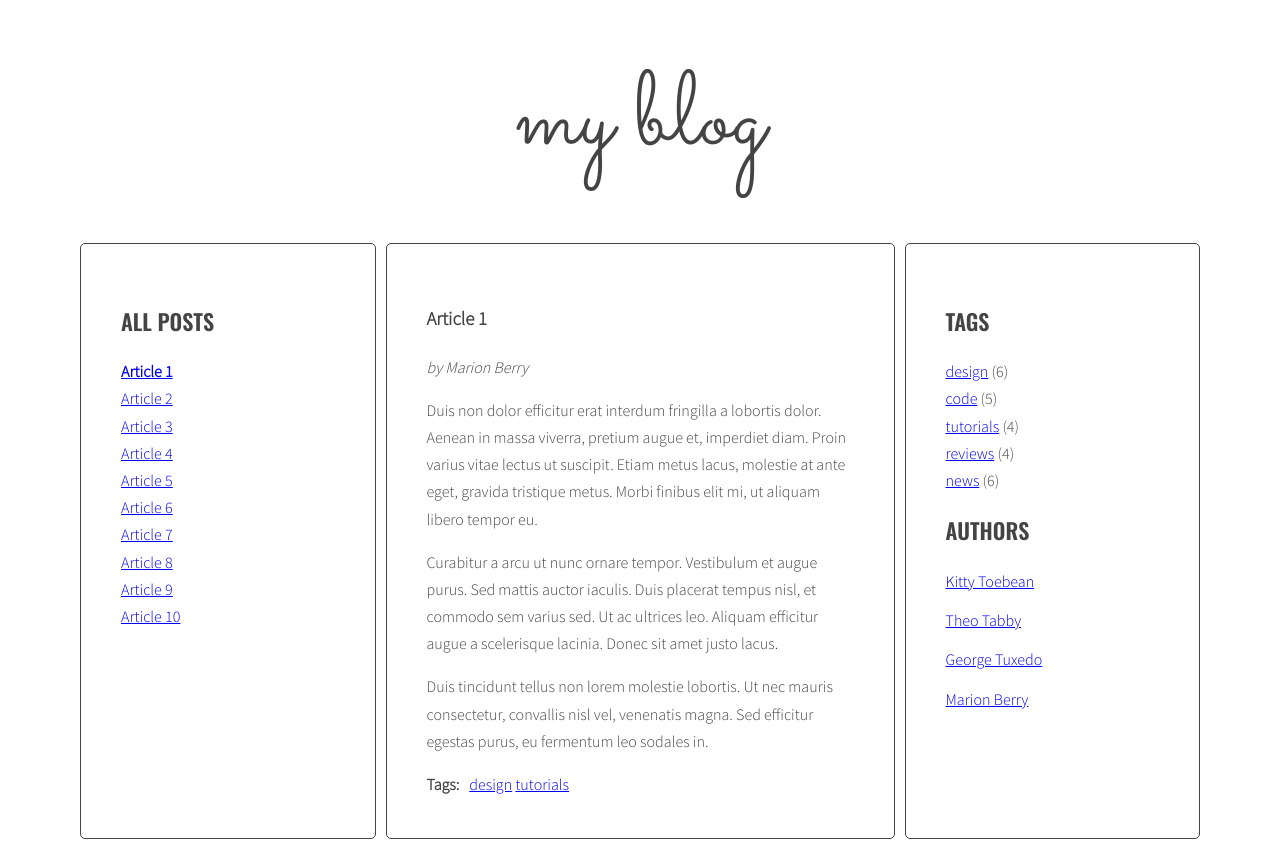
Repository: ulasup/javascript-blog
Page: index.html
The author's editor kept a copy of each file at every save. The page is drawn from the files as they stood at one save, then again after the next save.
The browser window is 1280 px wide. The pictures show the whole page.
The style sheet was rebuilt from its Sass, Less or Tailwind sources for each picture, by a compiler version that may differ from the author's.

Above is the page before, as saved 2020-12-12 20:26:41.

### index.html
<!DOCTYPE html>
<html  lang="en">
    <head>
        <meta charset="UTF-8">
        <title>Film blog</title>
        <link rel="stylesheet" href="css/style.css">
    </head>
    <body>
        <div class="blog">
            <div class="container">
              <h1 class="logo">my blog</h1>
              <main class="wrapper">
                <aside class="sidebar">
                  <h2 class="section-title">All posts</h2>
                  <ul class="list titles">
                    <li><a href="#article-1" class="active"><span>Article 1</span></a></li>
                    <li><a href="#article-2"><span>Article 2</span></a></li>
                    <li><a href="#article-3"><span>Article 3</span></a></li>
                    <li><a href="#article-4"><span>Article 4</span></a></li>
                    <li><a href="#article-5"><span>Article 5</span></a></li>
                    <li><a href="#article-6"><span>Article 6</span></a></li>
                    <li><a href="#article-7"><span>Article 7</span></a></li>
                    <li><a href="#article-8"><span>Article 8</span></a></li>
                    <li><a href="#article-9"><span>Article 9</span></a></li>
                    <li><a href="#article-10"><span>Article 10</span></a></li>
                  </ul>
                </aside>
                <section class="posts">
                  <article class="post active" id="article-1">
                    <h3 class="post-title">Article 1</h3>
                    <p class="post-author">by Marion Berry</p>
                    <div class="post-content">
                      <p>Duis non dolor efficitur erat interdum fringilla a lobortis dolor. Aenean in massa viverra, pretium augue et, imperdiet diam. Proin varius vitae lectus ut suscipit. Etiam metus lacus, molestie at ante eget, gravida tristique metus. Morbi finibus elit mi, ut aliquam libero tempor eu.</p>

                      <p>Curabitur a arcu ut nunc ornare tempor. Vestibulum et augue purus. Sed mattis auctor iaculis. Duis placerat tempus nisl, et commodo sem varius sed. Ut ac ultrices leo. Aliquam efficitur augue a scelerisque lacinia. Donec sit amet justo lacus.</p>

                      <p>Duis tincidunt tellus non lorem molestie lobortis. Ut nec mauris consectetur, convallis nisl vel, venenatis magna. Sed efficitur egestas purus, eu fermentum leo sodales in.</p>
                    </div>
                    <div class="post-tags">
                      <p><strong>Tags:</strong></p>
                      <ul class="list list-horizontal">
                        <li><a href="#">design</a></li>
                        <li><a href="#">tutorials</a></li>
                      </ul>
                    </div>
                  </article>
                  <article class="post" id="article-2">
                    <h3 class="post-title">Article 2</h3>
                    <p class="post-author">by Theo Tabby</p>
                    <div class="post-content">
                      <p>Phasellus sollicitudin, arcu vel iaculis ullamcorper, quam leo viverra orci, et faucibus quam sapien vel est. Maecenas ac suscipit elit. Nullam interdum, lorem vitae venenatis pulvinar, ex dui malesuada nunc, tempus cursus enim metus vel nulla.</p>

                      <p>Integer hendrerit, eros id efficitur dapibus, ante arcu ullamcorper orci, a iaculis felis turpis at purus. Quisque sodales posuere sapien vel consectetur. Duis dui urna, commodo non ante nec, mattis dictum enim. Donec aliquam erat sed diam lobortis, vel gravida lacus laoreet. Phasellus pretium maximus mi, eu posuere justo suscipit vel.</p>

                      <p>Nam magna nisl, varius in malesuada vitae, facilisis vel metus. Proin rhoncus euismod leo dictum lobortis. Suspendisse non ante sapien.</p>
                    </div>
                    <div class="post-tags">
                      <p><strong>Tags:</strong></p>
                      <ul class="list list-horizontal">
                        <li><a href="#">news</a></li>
                        <li><a href="#">code</a></li>
                      </ul>
                    </div>
                  </article>
                  <article class="post" id="article-3">
                    <h3 class="post-title">Article 3</h3>
                    <p class="post-author">by George Tuxedo</p>
                    <div class="post-content">
                      <p>Mauris vel pellentesque turpis, ac sodales nisl. Quisque iaculis mi velit, ut convallis tellus accumsan a. Quisque iaculis, nisi et dignissim tincidunt, nisl eros euismod nulla, finibus laoreet erat enim posuere elit.</p>

                      <p>Aenean at semper urna. Duis vel sapien molestie, egestas diam consequat, molestie nulla. Praesent a malesuada metus. Praesent et tempus leo.</p>
                      <p>Mauris in eleifend neque, vitae eleifend velit. Maecenas purus est, bibendum eget imperdiet id, dictum sed ante. Aenean a magna et eros sagittis aliquet.</p>
                    </div>
                    <div class="post-tags">
                      <p><strong>Tags:</strong></p>
                      <ul class="list list-horizontal">
                        <li><a href="#">news</a></li>
                        <li><a href="#">reviews</a></li>
                        <li><a href="#">design</a></li>
                      </ul>
                    </div>
                  </article>
                  <article class="post" id="article-4">
                    <h3 class="post-title">Article 4</h3>
                    <p class="post-author">by Kitty Toebean</p>
                    <div class="post-content">
                      <p>Morbi vel cursus nulla, vel varius mauris. Suspendisse sed elit sit amet risus faucibus vestibulum ut sit amet purus. Donec orci est, condimentum ut quam quis, scelerisque fringilla ligula.</p>

                      <p>Quisque bibendum nisl id quam sagittis, id pretium dolor scelerisque. Suspendisse non odio nec velit dapibus placerat non a libero.</p>

                      <p>Vivamus at tristique ex, feugiat sagittis ex. Cras cursus, ipsum et efficitur commodo, urna sapien rutrum magna, quis sodales justo ligula eget nunc. In hac habitasse platea dictumst.</p>
                    </div>
                    <div class="post-tags">
                      <p><strong>Tags:</strong></p>
                      <ul class="list list-horizontal">
                        <li><a href="#">tutorials</a></li>
                        <li><a href="#">code</a></li>
                        <li><a href="#">design</a></li>
                      </ul>
                    </div>
                  </article>
                  <article class="post" id="article-5">
                    <h3 class="post-title">Article 5</h3>
                    <p class="post-author">by Marion Berry</p>
                    <div class="post-content">
                      <p>Suspendisse sem eros, euismod condimentum arcu ac, consequat fermentum orci. Nam convallis lacus nec interdum vestibulum. Vestibulum luctus, quam eu tristique ornare, lorem nibh sodales enim, vitae tempor dolor ante vitae tortor.</p>

                      <p>Duis venenatis metus quis luctus lobortis. In porttitor ipsum eget ligula aliquam ornare. Cras malesuada urna id volutpat sodales.</p>

                      <p>Donec lobortis ultricies turpis, eu viverra magna gravida quis. Fusce sit amet pretium nulla. Duis rutrum metus vel libero sodales, pellentesque varius ex pulvinar.</p>
                    </div>
                    <div class="post-tags">
                      <p><strong>Tags:</strong></p>
                      <ul class="list list-horizontal">
                        <li><a href="#">design</a></li>
                        <li><a href="#">reviews</a></li>
                      </ul>
                    </div>
                  </article>
                  <article class="post" id="article-6">
                    <h3 class="post-title">Article 6</h3>
                    <p class="post-author">by George Tuxedo</p>
                    <div class="post-content">
                      <p>Donec posuere iaculis ante sed hendrerit. Lorem ipsum dolor sit amet, consectetur adipiscing elit. Quisque hendrerit neque nec urna tincidunt, quis vehicula dui vulputate. Morbi est sapien, auctor ut lectus eu, placerat viverra lorem.</p>

                      <p>Cras consectetur at erat id accumsan. Suspendisse lacinia in nulla quis vulputate. Nunc vitae consectetur augue. Nam ut vehicula mi. Aliquam tristique, purus in hendrerit porta, elit lectus finibus mi, vel malesuada nisl lectus a libero.</p>

                      <p>Nam quis efficitur ante. Sed eget purus quis ex commodo porta eu sit amet dolor. Mauris tellus nisl, dictum nec est vitae, condimentum ornare ante. Fusce ornare hendrerit maximus. In maximus rhoncus justo.</p>
                    </div>
                    <div class="post-tags">
                      <p><strong>Tags:</strong></p>
                      <ul class="list list-horizontal">
                        <li><a href="#">reviews</a></li>
                        <li><a href="#">code</a></li>
                      </ul>
                    </div>
                  </article>
                  <article class="post" id="article-7">
                    <h3 class="post-title">Article 7</h3>
                    <p class="post-author">by Kitty Toebean</p>
                    <div class="post-content">
                      <p>Donec eleifend mauris ac nisl fermentum, ac fermentum turpis dignissim. Aliquam diam nisl, imperdiet a varius eget, lobortis sed nisi. Nullam suscipit ipsum sed magna blandit, sed pellentesque urna malesuada.</p>

                      <p>Duis vestibulum arcu et lectus viverra porta. Praesent tempor lacus eget quam mattis, sit amet venenatis diam ultrices. Morbi gravida sapien quis ligula tincidunt, vel sagittis erat ultrices.</p>

                      <p>Ut orci tellus, laoreet ac diam ut, tempus bibendum nisi. Nam egestas sagittis nibh. Curabitur tristique dui quis egestas pretium. Duis eu felis orci.</p>
                    </div>
                    <div class="post-tags">
                      <p><strong>Tags:</strong></p>
                      <ul class="list list-horizontal">
                        <li><a href="#">code</a></li>
                        <li><a href="#">news</a></li>
                      </ul>
                    </div>
                  </article>
                  <article class="post" id="article-8">
                    <h3 class="post-title">Article 8</h3>
                    <p class="post-author">by Theo Tabby</p>
                    <div class="post-content">
                      <p>Praesent quis imperdiet erat. Curabitur tempor sapien a interdum malesuada. Proin libero erat, sagittis a sollicitudin eget, pulvinar nec risus. Cras et suscipit sem.</p>

                      <p>Maecenas consequat diam nec sollicitudin congue. Aenean porttitor porttitor quam, condimentum interdum metus congue sed. Donec at nulla ipsum.</p>

                      <p>Mauris non congue dui. Aenean ac eros vitae massa vulputate aliquet ut ac elit. Morbi iaculis auctor nunc aliquet luctus. Nunc tincidunt sem dui, quis interdum leo pellentesque eget. Fusce id leo varius, imperdiet nunc vitae, tristique mi. Mauris quis interdum justo. Mauris auctor purus eu leo faucibus feugiat. Nulla at odio vitae leo semper blandit.</p>
                    </div>
                    <div class="post-tags">
                      <p><strong>Tags:</strong></p>
                      <ul class="list list-horizontal">
                        <li><a href="#">news</a></li>
                        <li><a href="#">design</a></li>
                        <li><a href="#">tutorials</a></li>
                      </ul>
                    </div>
                  </article>
                  <article class="post" id="article-9">
                    <h3 class="post-title">Article 9</h3>
                    <p class="post-author">by Marion Berry</p>
                    <div class="post-content">
                      <p>Tam et facilisis purus. Donec vulputate est quis lobortis posuere. Nunc vitae lorem ut odio faucibus pulvinar nec in justo. Ut ut ante ac tellus ornare tempus. Nunc maximus, tortor et dictum convallis, nunc libero posuere leo, scelerisque ultrices arcu sapien ut tellus.</p>

                      <p>Fusce lacinia augue massa, non tincidunt tortor auctor quis. Vestibulum ut pretium nisl. Etiam id tellus tempus, commodo ligula vehicula, porta magna.</p>

                      <p>Donec fringilla blandit dolor vel aliquet. Fusce tortor sapien, lobortis eu vehicula sit amet, dignissim et lectus. In ullamcorper metus vel massa fermentum, at fermentum dui sollicitudin. Nullam lacinia elit vel tortor ullamcorper pulvinar.</p>
                    </div>
                    <div class="post-tags">
                      <p><strong>Tags:</strong></p>
                      <ul class="list list-horizontal">
                        <li><a href="#">news</a></li>
                        <li><a href="#">tutorials</a></li>
                      </ul>
                    </div>
                  </article>
                  <article class="post" id="article-10">
                    <h3 class="post-title">Article 10</h3>
                    <p class="post-author">by George Tuxedo</p>
                    <div class="post-content">
                      <p>Aliquam erat volutpat. Ut non eleifend lectus. Donec suscipit tellus tempor, ornare dui id, hendrerit neque. Phasellus lacinia laoreet dui in luctus. Sed hendrerit, magna sit amet varius tempor, augue augue scelerisque est, non scelerisque mauris libero eu sapien.</p>

                      <p>Sed at sapien in quam sollicitudin aliquam. In interdum metus a mi porttitor luctus. Sed commodo, arcu id lacinia posuere, felis elit pharetra urna, at feugiat est orci sit amet libero. Quisque in nisl est. Nullam vehicula at lectus non luctus. Cras aliquam neque magna, at varius nisi egestas ut.</p>

                      <p>Rhoncus purus nulla, non auctor lacus placerat ut. Aliquam condimentum eget magna ac gravida. Etiam egestas faucibus urna et finibus. Cras vel tellus vel magna suscipit euismod. Maecenas id arcu ante. Duis iaculis scelerisque erat, at ullamcorper arcu consectetur eu. Fusce aliquam diam at arcu pharetra, vel fermentum nunc lobortis.</p>
                    </div>
                    <div class="post-tags">
                      <p><strong>Tags:</strong></p>
                      <ul class="list list-horizontal">
                        <li><a href="#">code</a></li>
                        <li><a href="#">design</a></li>
                        <li><a href="#">news</a></li>
                        <li><a href="#">reviews</a></li>
                      </ul>
                    </div>
                  </article>
                </section>
                <aside class="sidebar">
                  <h2 class="section-title">Tags</h2>
                  <ul class="list tags">
                    <li><a href="#">design</a> <span>(6)</span></li>
                    <li><a href="#">code</a> <span>(5)</span></li>
                    <li><a href="#">tutorials</a> <span>(4)</span></li>
                    <li><a href="#">reviews</a> <span>(4)</span></li>
                    <li><a href="#">news</a> <span>(6)</span></li>
                  </ul>
                  <h2 class="section-title">Authors</h2>
                  <ul class="list authors">
                    <li>
                      <a href="#">
                        <span class="author-name">Kitty Toebean</span>
                      </a>
                    </li>
                    <li>
                      <a href="#">
                        <span class="author-name">Theo Tabby</span>
                      </a>
                    </li>
                    <li>
                      <a href="#">
                        <span class="author-name">George Tuxedo</span>
                      </a>
                    </li>
                    <li>
                      <a href="#">
                        <span class="author-name">Marion Berry</span>
                      </a>
                    </li>
                  </ul>
                </aside>
              </main>
            </div>
          </div>
    <script src="js/script.js"></script>
    </body>
</html>

### sass/style.scss
@import url('https://fonts.googleapis.com/css?family=Oswald:400,600|Sacramento|Source+Sans+Pro:300&subset=latin-ext');

/* Variables */

$color-light: #fff;
$color-dark: #444;

$font-logo: 'Sacramento', cursive;
$font-header: 'Oswald', sans-serif;
$font-text: 'Source Sans Pro', sans-serif;

/* Global */

*, *::before, *::after {
  box-sizing: border-box;
}

body {
  background: $color-light;
  font-family: $font-text;
  color: $color-dark;
  font-weight: 300;
  font-size: 16px;
  line-height: 1.7;
}

.container {
  max-width: 1140px;
  margin: 0 auto;
}

.section-title {
  font-size: 22px;
  text-transform: uppercase;
  font-family: $font-header;
  font-weight: 600;
  span {
    text-transform: none;
    font-weight: 400;
    color: lighten($color-dark, 20%);
  }
}

/* Layout */

.wrapper {
  display: flex;
  margin-left: 10px;
}

.sidebar {
  flex: 1 0 0;
}

.posts {
  flex: 2 0 0;
}

.sidebar, .posts {
  background: $color-light;
  margin-right: 10px;
  padding: 40px;
  border: 1px solid $color-dark;
  border-radius: 5px;
}

/* Logo */

.logo {
  font-family: $font-logo;
  font-weight: 400;
  font-size: 104px;
  line-height: 1;
  text-align: center;
}

/* Lists */

.list {
  list-style-type: none;
  margin: 0;
  padding: 0;
  .active {
    font-weight: bold;
  }
}

.list-horizontal {
  li {
    display: inline-block;
  }
}

/* Authors */

.authors {
  li {
    margin-bottom: 12px;
  }
}

/* Post */

.post {
  display: none;
  &.active {
    display: block;
  }
}

.post-author {
  font-style: italic;
}

.post-tags {
  display: flex;
  p {
    margin: 0 10px 0 0;
  }
}

Loaded but not shown: js/script.js (common file)

After the next save:
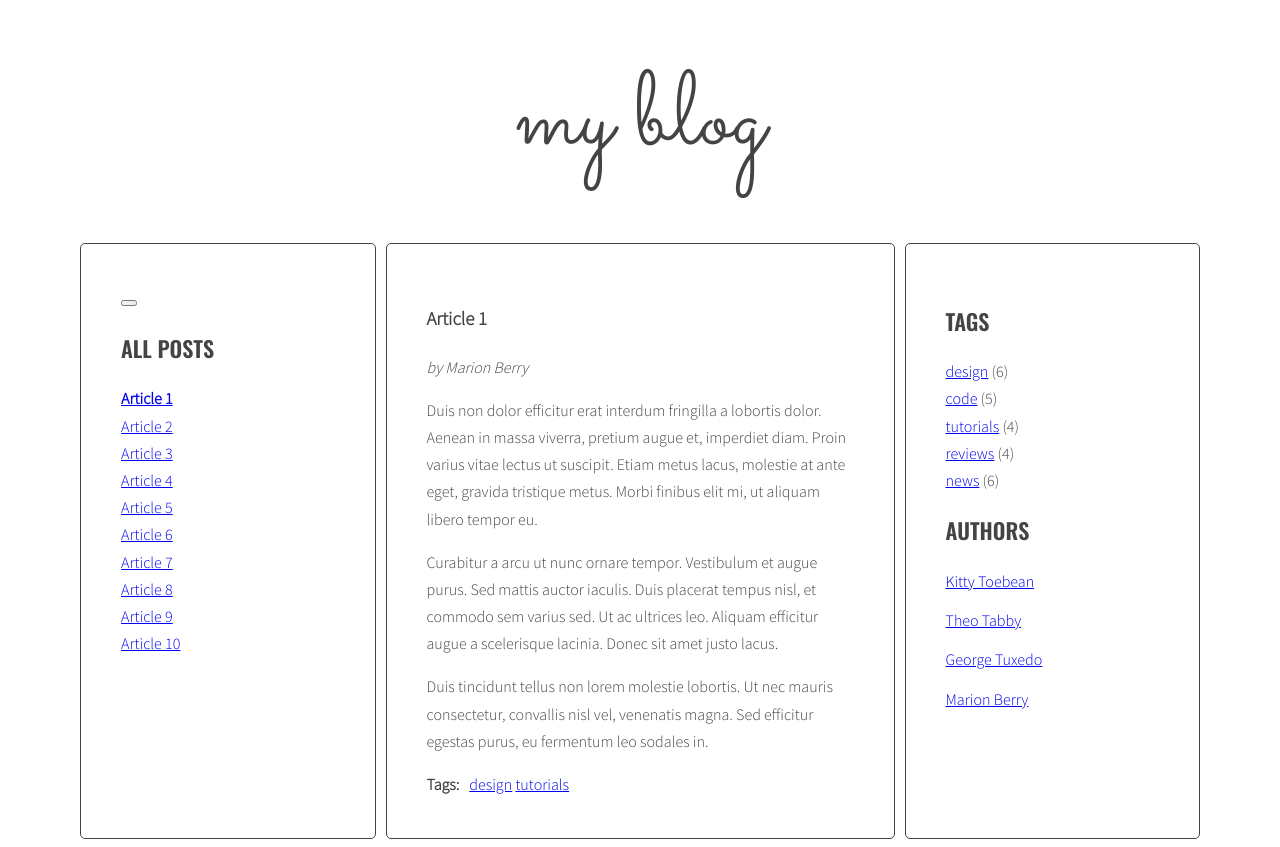
Saved 54 min 18 s later.
--- a/index.html
+++ b/index.html
@@ -11,6 +11,7 @@
               <h1 class="logo">my blog</h1>
               <main class="wrapper">
                 <aside class="sidebar">
+                  <button id="button-test"></button>
                   <h2 class="section-title">All posts</h2>
                   <ul class="list titles">
                     <li><a href="#article-1" class="active"><span>Article 1</span></a></li>
